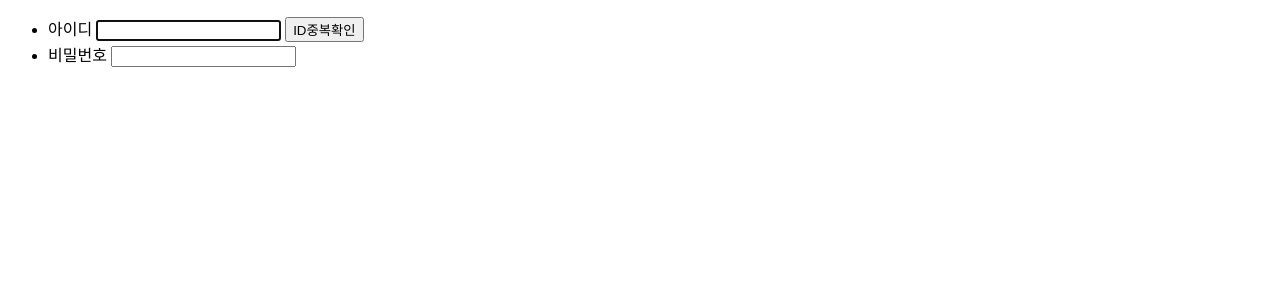
Repository: Tak-kuen/18-2
Page: http://localhost/studyjsp/ch11/registerForm.jsp
An editor plug-in stored every save of this project. The page is shown before and after the next save, followed by the edit.
The browser window is 1280 px wide. The pictures show the whole page.
The page is served by Tomcat 9. Other server files are loaded and not shown.

Above is the page before, as saved 2018-10-31 06:40:59.

### code/studyjsp/WebContent/ch11/registerForm.jsp
<%@ page language="java" contentType="text/html; charset=UTF-8"
    pageEncoding="UTF-8"%>
<!DOCTYPE html>
<html>
<head>
<meta charset="UTF-8">
<title>Insert title here</title>
<script src="../js/jquery-3.3.1.min.js"></script>
<script src="register.js"></script>
</head>
<body>
<div id="regForm" class="box">
	<ul>
		<li><label for="id">아이디</label>
		<input id="id" name="id" type="email" size="20" maxlength="50" autofocus>
		<button id="checkId">ID중복확인</button>
		<li><label for="passwd">비밀번호</label>
		<input id="passwd" name="passwd" type="password" size="20" maxlength="16" >
	</ul>

</div>

</body>
</html>

Loaded but not shown: code/studyjsp/WebContent/js/jquery-3.3.1.min.js (library); code/studyjsp/WebContent/ch11/register.js (no copy from this time; the picture is the same without it)

After the next save:
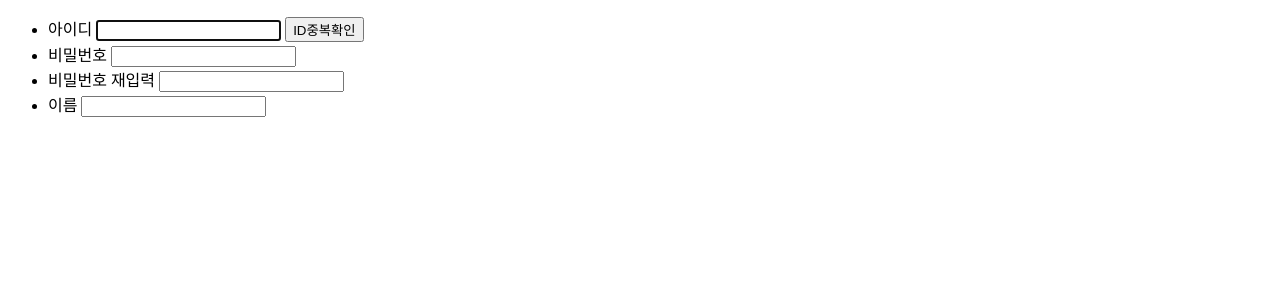
Saved 82 s later.
--- a/code/studyjsp/WebContent/ch11/registerForm.jsp
+++ b/code/studyjsp/WebContent/ch11/registerForm.jsp
@@ -16,6 +16,10 @@
 		<button id="checkId">ID중복확인</button>
 		<li><label for="passwd">비밀번호</label>
 		<input id="passwd" name="passwd" type="password" size="20" maxlength="16" >
+		<li><label for="repass">비밀번호 재입력</label>
+		<input id="repass" name="repass" type="password" size="20" maxlength="16" >
+		<li><label for="name">이름</label>
+		<input id="name" name="name" type="text" size="20" maxlength="10" >
 	</ul>
 
 </div>
